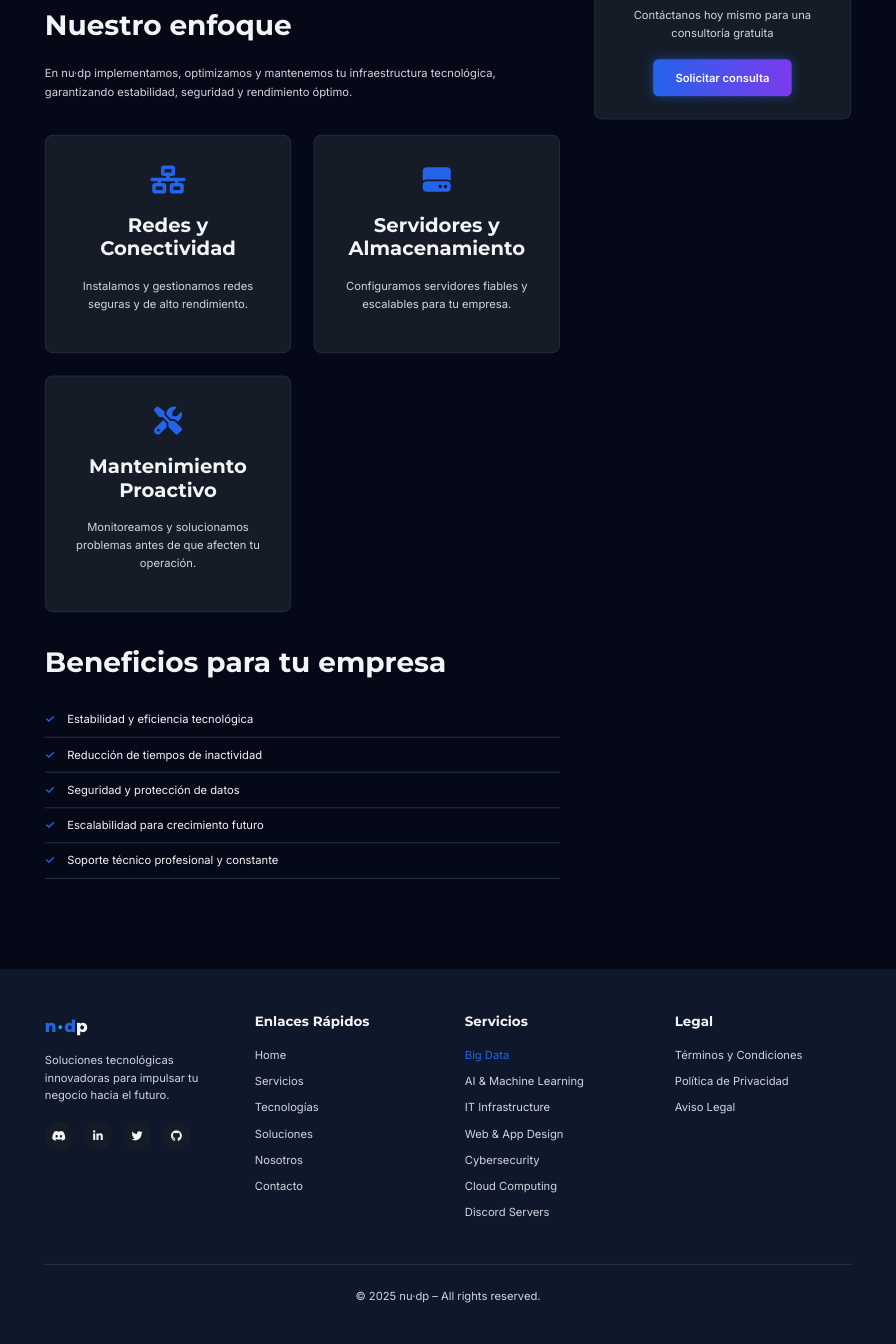
Repository: nu-dp/nu.dp-website
Page: services/it-infra.html
An editor plug-in stored every save of this project. The page is shown before and after the next save, followed by the edit.
The browser window is 1280 px wide. The pictures show the part of the page from y = 802 to 2722 px (the page is 2722 px tall), at 70% of full size.

Above is the page before, as saved 2025-08-21 22:12:24.

### services/it-infra.html
<!DOCTYPE html>
<html lang="es">
<head>
    <meta charset="UTF-8">
    <meta name="viewport" content="width=device-width, initial-scale=1.0">
    <title>Infraestructura IT - nu·dp</title>
    <meta name="description" content="Servicios de Big Data y análisis de datos para tu empresa">
    <link rel="preconnect" href="https://fonts.googleapis.com">
    <link rel="preconnect" href="https://fonts.gstatic.com" crossorigin>
    <link href="https://fonts.googleapis.com/css2?family=Montserrat:wght@300;400;500;600;700;800&family=Inter:wght@300;400;500;600&display=swap" rel="stylesheet">
    <link rel="stylesheet" href="https://cdnjs.cloudflare.com/ajax/libs/font-awesome/6.4.0/css/all.min.css">
    <link rel="stylesheet" href="../css/style.css">
</head>
<body>
    <!-- Header -->
    <header id="header">
        <div class="container header-container">
            <a href="../index.html" class="logo">
                <span class="logo-symbol">n</span>
                <span class="logo-divider">·</span>
                <span class="logo-symbol">d</span>
                <span class="logo-text">p</span>
            </a>

            <button class="mobile-menu-btn" id="mobile-menu">
                <span class="menu-line"></span>
                <span class="menu-line"></span>
                <span class="menu-line"></span>
            </button>

            <nav>
                <ul class="nav-menu" id="nav-menu">
                    <li><a href="../index.html">Home</a></li>
                    <li><a href="../services.html">Servicios</a></li>
                    <li><a href="../technologies.html">Tecnologías</a></li>
                    <li><a href="../solutions.html">Soluciones</a></li>
                    <li><a href="../about.html">Nosotros</a></li>
                    <li><a href="../contact.html">Contacto</a></li>
                </ul>
            </nav>
        </div>
    </header>

<!-- Hero Section -->
<section class="hero service-detail-hero">
    <div class="container hero-content">
        <div class="service-header">
            <div class="service-icon large">
                <i class="fas fa-server"></i>
            </div>
            <h1 class="fade-in">Infraestructura IT</h1>
        </div>
        <p class="hero-tagline fade-in">Diseñamos y mantenemos la base tecnológica de tu empresa</p>
    </div>
</section>

<!-- Service Detail -->
<section class="section">
    <div class="container">
        <div class="service-detail">
            <div class="service-info">
                <h2>¿Qué es la Infraestructura IT?</h2>
                <p>La Infraestructura IT comprende todos los sistemas tecnológicos que permiten que una empresa funcione: servidores, redes, equipos y software.</p>

                <h2>Nuestro enfoque</h2>
                <p>En nu·dp implementamos, optimizamos y mantenemos tu infraestructura tecnológica, garantizando estabilidad, seguridad y rendimiento óptimo.</p>

                <div class="features-grid">
                    <div class="feature-item">
                        <div class="feature-icon">
                            <i class="fas fa-network-wired"></i>
                        </div>
                        <h3>Redes y Conectividad</h3>
                        <p>Instalamos y gestionamos redes seguras y de alto rendimiento.</p>
                    </div>

                    <div class="feature-item">
                        <div class="feature-icon">
                            <i class="fas fa-hdd"></i>
                        </div>
                        <h3>Servidores y Almacenamiento</h3>
                        <p>Configuramos servidores fiables y escalables para tu empresa.</p>
                    </div>

                    <div class="feature-item">
                        <div class="feature-icon">
                            <i class="fas fa-tools"></i>
                        </div>
                        <h3>Mantenimiento Proactivo</h3>
                        <p>Monitoreamos y solucionamos problemas antes de que afecten tu operación.</p>
                    </div>
                </div>

                <h2>Beneficios para tu empresa</h2>
                <ul class="benefits-list">
                    <li>Estabilidad y eficiencia tecnológica</li>
                    <li>Reducción de tiempos de inactividad</li>
                    <li>Seguridad y protección de datos</li>
                    <li>Escalabilidad para crecimiento futuro</li>
                    <li>Soporte técnico profesional y constante</li>
                </ul>
            </div>

            <div class="service-cta">
                <div class="cta-card">
                    <h3>¿Interesado en nuestros servicios de Infraestructura IT?</h3>
                    <p>Contáctanos hoy mismo para una consultoría gratuita</p>
                    <a href="../contact.html" class="btn btn-glow">
                        <span class="btn-text">Solicitar consulta</span>
                        <div class="btn-hover-effect"></div>
                    </a>
                </div>
            </div>
        </div>
    </div>
</section>


    <!-- Footer -->
    <footer>
        <div class="container">
            <div class="footer-content">
                <div class="footer-about">
                    <div class="footer-logo">
                        <span class="logo-symbol">n</span>
                        <span class="logo-divider">·</span>
                        <span class="logo-symbol">d</span>
                        <span class="logo-text">p</span>
                    </div>
                    <p>Soluciones tecnológicas innovadoras para impulsar tu negocio hacia el futuro.</p>
                    <div class="social-links">
                        <a href="#" class="social-link">
                            <i class="fab fa-discord"></i>
                            <span class="link-tooltip">Únete a nuestro Discord</span>
                        </a>
                        <a href="#" class="social-link">
                            <i class="fab fa-linkedin-in"></i>
                            <span class="link-tooltip">Síguenos en LinkedIn</span>
                        </a>
                        <a href="#" class="social-link">
                            <i class="fab fa-twitter"></i>
                            <span class="link-tooltip">Síguenos en Twitter</span>
                        </a>
                        <a href="#" class="social-link">
                            <i class="fab fa-github"></i>
                            <span class="link-tooltip">Visita nuestro GitHub</span>
                        </a>
                    </div>
                </div>

                <div class="footer-links">
                    <h4>Enlaces Rápidos</h4>
                    <ul>
                        <li><a href="../index.html">Home</a></li>
                        <li><a href="../services.html">Servicios</a></li>
                        <li><a href="../technologies.html">Tecnologías</a></li>
                        <li><a href="../solutions.html">Soluciones</a></li>
                        <li><a href="../about.html">Nosotros</a></li>
                        <li><a href="../contact.html">Contacto</a></li>
                    </ul>
                </div>

                <div class="footer-links">
                    <h4>Servicios</h4>
                    <ul>
                        <li><a href="big-data.html" class="active">Big Data</a></li>
                        <li><a href="ai.html">AI & Machine Learning</a></li>
                        <li><a href="it-infra.html">IT Infrastructure</a></li>
                        <li><a href="web-app.html">Web & App Design</a></li>
                        <li><a href="cyber.html">Cybersecurity</a></li>
                        <li><a href="cloud.html">Cloud Computing</a></li>
                        <li><a href="discord.html">Discord Servers</a></li>
                    </ul>
                </div>

                <div class="footer-links">
                    <h4>Legal</h4>
                    <ul>
                        <li><a href="../terms-and-conditions.html">Términos y Condiciones</a></li>
                        <li><a href="../privacy-policy.html">Política de Privacidad</a></li>
                        <li><a href="../legal-notice.html">Aviso Legal</a></li>
                    </ul>
                </div>
            </div>

            <div class="footer-bottom">
                <p>© 2025 nu·dp – All rights reserved.</p>
            </div>
        </div>
    </footer>

    <!-- Floating Contact Button -->
    <div class="floating-contact">
        <a href="../contact.html" class="floating-btn">
            <i class="fas fa-paper-plane"></i>
            <span class="floating-text">Contactar</span>
        </a>
    </div>

    <script src="../js/script.js"></script>
</body>
</html>

Loaded but not shown: js/script.js (254 lines, source omitted); css/style.css (875 lines, source omitted)

After the next save:
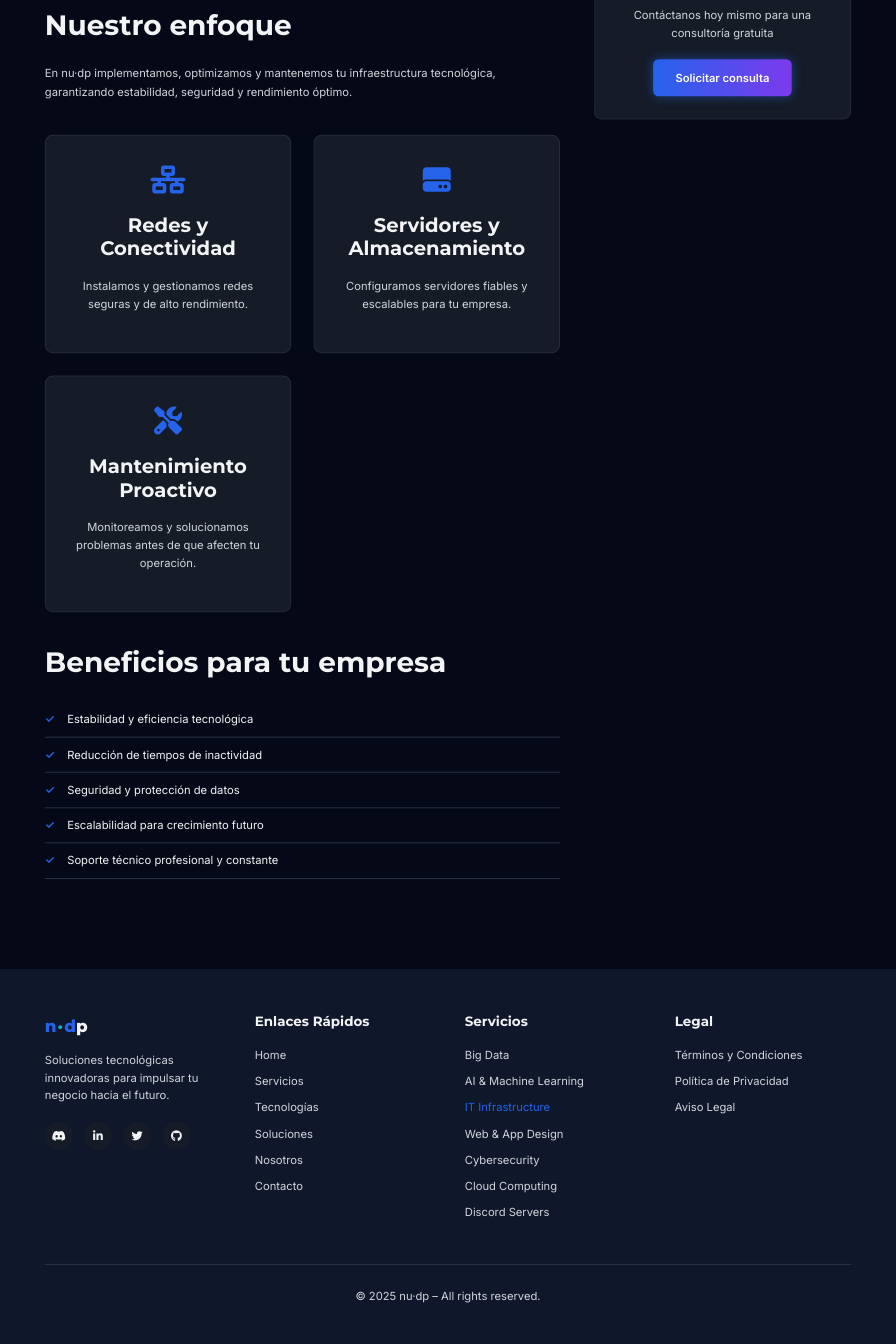
Saved 12 s later.
--- a/services/it-infra.html
+++ b/services/it-infra.html
@@ -163,9 +163,9 @@
                 <div class="footer-links">
                     <h4>Servicios</h4>
                     <ul>
-                        <li><a href="big-data.html" class="active">Big Data</a></li>
+                        <li><a href="big-data.html">Big Data</a></li>
                         <li><a href="ai.html">AI & Machine Learning</a></li>
-                        <li><a href="it-infra.html">IT Infrastructure</a></li>
+                        <li><a href="it-infra.html" class="active">IT Infrastructure</a></li>
                         <li><a href="web-app.html">Web & App Design</a></li>
                         <li><a href="cyber.html">Cybersecurity</a></li>
                         <li><a href="cloud.html">Cloud Computing</a></li>
